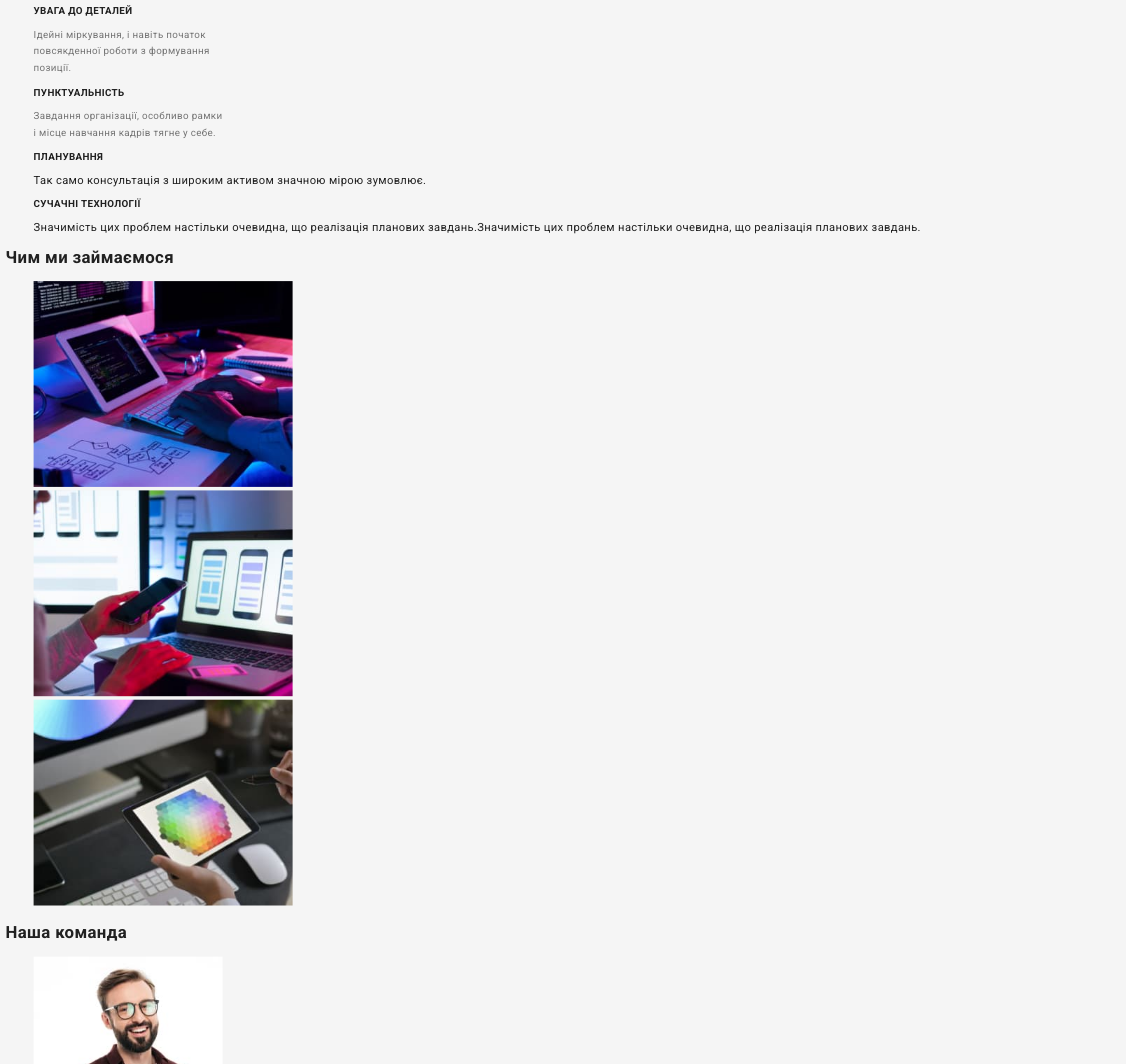
Repository: Mariia2811/goit-markup-hw-03
Page: index.html
An editor plug-in stored every save of this project. The page is shown before and after a run of saves, followed by the edit.
The browser window is 1280 px wide. The page is 1608 px wide, so the pictures cover 1608 px, including what lies to the right of the window. The pictures show the part of the page from y = 862 to 2382 px (the page is 3782 px tall before and 3906 px after), at 70% of full size.

Above is the page before, as saved 2022-11-25 15:58:47.

### index.html
<!DOCTYPE html>
<html lang="uk">
  <head>
    <meta charset="UTF-8" />
    <meta http-equiv="X-UA-Compatible" content="IE=edge" />
    <meta name="viewport" content="width=device-width, initial-scale=1.0" />
    <title>Головна</title>
    <link rel="preconnect" href="https://fonts.googleapis.com">
    <link rel="preconnect" href="https://fonts.gstatic.com" crossorigin>
    <link
      href="https://fonts.googleapis.com/css2?family=Raleway:wght@700&family=Roboto:wght@400;500;700;900&display=swap"
      rel="stylesheet">
    <link rel="stylesheet" href="./css/styles.css">
  </head>
  <body>
    <header>
      <nav>
        <a href="./index.html" class="logo link-logo"><span class="logo-accent">Web</span>Studio</a>
        <ul class="list">
          <li><a href="./index.html" class="link nav">Студія</a></li>
          <li><a href="./portfolio.html">Портфоліо</a></li>
          <li><a href="#" class="link nav">Контакти</a></li>
        </ul>
      </nav>
      <ul class="list">
        <li><a href="mailto:info@devstudio.com" class="link contact">info@devstudio.com</a></li>
        <li><a href="tel:+380961111111" class="link contact">+38 096 111 11 11</a></li>
      </ul>
    </header>
    <main>
      <section class="hero">
        <h1 class="hero-title">Ефективні рішення для вашого бізнесу</h1>
        <button type="button" class="hero-button">Замовити послугу</button>
      </section>
      <section class="advantages">
        <h2>Наші особливості</h2>
        <ul class="list">
          <li>
            <h3 class="advantages-title">Увага до деталей</h3>
            <p class="description">
              Ідейні міркування, і навіть початок повсякденної роботи з
              формування позиції.
            </p>
          </li>
          <li>
            <h3 class="advantages-title">Пунктуальність</h3>
            <p class="description">
              Завдання організації, особливо рамки і місце навчання кадрів тягне
              у себе.
            </p>
          </li>
          <li>
            <h3 class="advantages-title">Планування</h3>
            <p>
              Так само консультація з широким активом значною мірою зумовлює.
            </p>
          </li>
          <li>
            <h3 class="advantages-title">Сучачні технології</h3>
            <p>
              Значимість цих проблем настільки очевидна, що реалізація планових
              завдань.Значимість цих проблем настільки очевидна, що реалізація
              планових завдань.
            </p>
          </li>
        </ul>
      </section>
      <section class="work">
        <h2>Чим ми займаємося</h2>
        <ul class="list">
          <li>
            <img
              src="./images/coding.jpg"
              alt="Процес набирання коду"
              width="370"
              />
          </li>
          <li>
            <img
              src="./images/optimization.jpg"
              alt="Дівчина тримає телефон в руках і працює за ноутбуком"
              width="370"
              />
          </li>
          <li>
            <img
              src=".//images/tablet.jpg"
              alt="На екрані планшету, який тримають в руці, зображений спектр
              кольорів"
              width="370"
              />
          </li>
        </ul>
      </section>
      <section>
        <h2>Наша команда</h2>
        <ul class="list">
          <li>
            <img
              src="./images/designer.jpg"
              alt="Усміхнений хлопець в окулярах"
              width="270"
              />
            <h3>Ігор Дем'яненко</h3>
            <p>Product Designer</p>
          </li>
          <li>
            <img
              src="./images/developer.jpg"
              alt="Усміхнена дівчина в окулярах"
              width="270"
              />
            <h3>Ольга Рєпіна</h3>
            <p>Frontend Developer</p>
          </li>
          <li>
            <img
              src="./images/marketing.jpg"
              alt="Усміхнений хлопець"
              width="270"
              />
            <h3>Микола Тарасов</h3>
            <p>Marketing</p>
          </li>
          <li>
            <img
              src="./images/uidesigner.jpg"
              alt="Усміхнений хлопець з бородою в окулярах"
              width="270"
              />
            <h3>Михайло Єрмаков</h3>
            <p>UI Designer</p>
          </li>
        </ul>
      </section>
    </main>
    <footer>
      <a href="./index.html" class="logo-footer link-logo"><span
          class="logo-accent">Web</span>Studio</a>
      <address>
        <ul class="list">
          <li>
            <a
              href="https://www.google.com.ua/maps/place/%D0%B1%D1%83%D0%BB.+%D0%9B%D0%B5%D1%81%D0%B8+%D0%A3%D0%BA%D1%80%D0%B0%D0%B8%D0%BD%D0%BA%D0%B8,+26,+%D0%9A%D0%B8%D0%B5%D0%B2,+02000/@50.4265807,30.5361918,17z/data=!3m1!4b1!4m5!3m4!1s0x40d4cf0e033ecbe9:0x57a4dffefec77da0!8m2!3d50.4265807!4d30.5383858?hl=ru"
              target="_blank"
              rel="noopener noreferrer nofollow" class="link address">м. Київ, пр-т Лесі Українки, 26</a>
          </li>
          <li><a href="mailto:info@devstudio.com" class="link contact-footer">info@devstudio.com</a></li>
          <li><a href="tel:+380961111111" class="link contact-footer">+38 096 111 11 11</a></li>
        </ul>
      </address>
    </footer>
  </body>
</html>

### css/styles.css
:root {
    --color-primary: #212121;
    --color-secondary: #757575;
    --color-accent: #2196F3;
    --color-background: #F5F5F5;
    --white-accent: #FFFFFF;
    --secondary-background: #2F303A;
}

body {
    color: var(--color-primary);
    font-family: 'Roboto', sans-serif;
    font-size: 16px;
    font-weight: 600px;
    background-color: var(--color-background);
    line-height: 1.17;
    letter-spacing: 0.03em;
    width: 1600px;
}

.logo,
.logo-accent,
.logo-footer {
    font-family: 'Raleway', sans-serif;
    font-size: 26px;
    font-weight: 700;
    line-height: 1.19;
}

.logo {
    color: #000;
}

.logo-accent {
    color: var(--color-accent);
}

.logo-footer {
    color: var(--white-accent);
}

.link {
    text-decoration: none;
    font-style: normal;
}

.link-logo {
    text-decoration: none;
}

.nav,
.contact {
    font-size: 14px;
    font-weight: 500;
    line-height: 1.14;
    letter-spacing: 0.02em;
}

.nav {
    color: var(--color-primary);
}

.contact {
    color: var(--color-secondary);
}

.link:hover,
.link:focus {
    color: var(--color-accent);
}

.hero {
    background-color: var(--secondary-background);
    width: 1600px;
    height: 600px;
}

.hero-title {
    color: var(--white-accent);
    font-size: 44px;
    line-height: 1.36;
    width: 696px;
    height: 120px;
    text-align: center;
    font-weight: 900;
    text-transform: uppercase;
    letter-spacing: 0.06em;
}

.hero-button {
    background-color: var(--color-accent);
    font-size: inherit;
    font-family: inherit;
    font-weight: 700;
    line-height: 1.88;
    letter-spacing: 0.06em;
    width: 216px;
    height: 50px;
    color: var(--white-accent);
    box-shadow: 0px 4px 4px rgba(0, 0, 0, 0.15);
    border-radius: 4px;
    border: none;
    cursor: pointer;
}

.filter {
    background-color: #f5f4fa;
    color: var(--color-primary);
    font-size: inherit;
    font-family: inherit;
    font-weight: 500;
    line-height: 1.62;
    letter-spacing: inherit;
    border-radius: 4px;
    border: none;
    cursor: pointer;
}

.filter:hover,
.filter:focus {
    background-color: var(--color-accent);
    color: var(--white-accent);
    box-shadow: 0px 3px 1px rgba(0, 0, 0, 0.1), 0px 1px 2px rgba(0, 0, 0, 0.08),
        0px 2px 2px rgba(0, 0, 0, 0.12);
}

.hero-button:hover,
.hero-button:focus {
    background-color: #188ce8;
}

.advantages,
.work {
    background-color: var(--color-background);
}

.advantages-title {
    font-size: 14px;
    font-weight: 700;
    text-transform: uppercase;
}

.list {
    list-style-type: none;
}

.description {
    color: var(--color-secondary);
    font-size: 14px;
    font-weight: 400;
    line-height: 1.71;
    width: 270px;
}

.title {
    font-size: 36px;
    font-weight: 700;
    text-align: center;
}

.team {
    background-color: #f5f4fa;
}

.team-title {
    font-weight: 500;
    font-size: 16px;
}

.text {
    color: var(--color-secondary);
    font-weight: 400;
}

.work-title~.text {
    line-height: 1.88;
}

.work-title {
    font-size: 18px;
    font-weight: 700;
    line-height: 2;
    letter-spacing: 0.06em;
}

.footer {
    background-color: var(--secondary-background);
    height: 252px;
}

.address,
.contact-footer {
    font-size: 14px;
    font-weight: 400;
}

.address {
    color: var(--white-accent);
}

.contact-footer {
    color: rgba(255, 255, 255, 0.6);
}

.footer .link {
    line-height: 1.71;
}

After the next 2 saves:
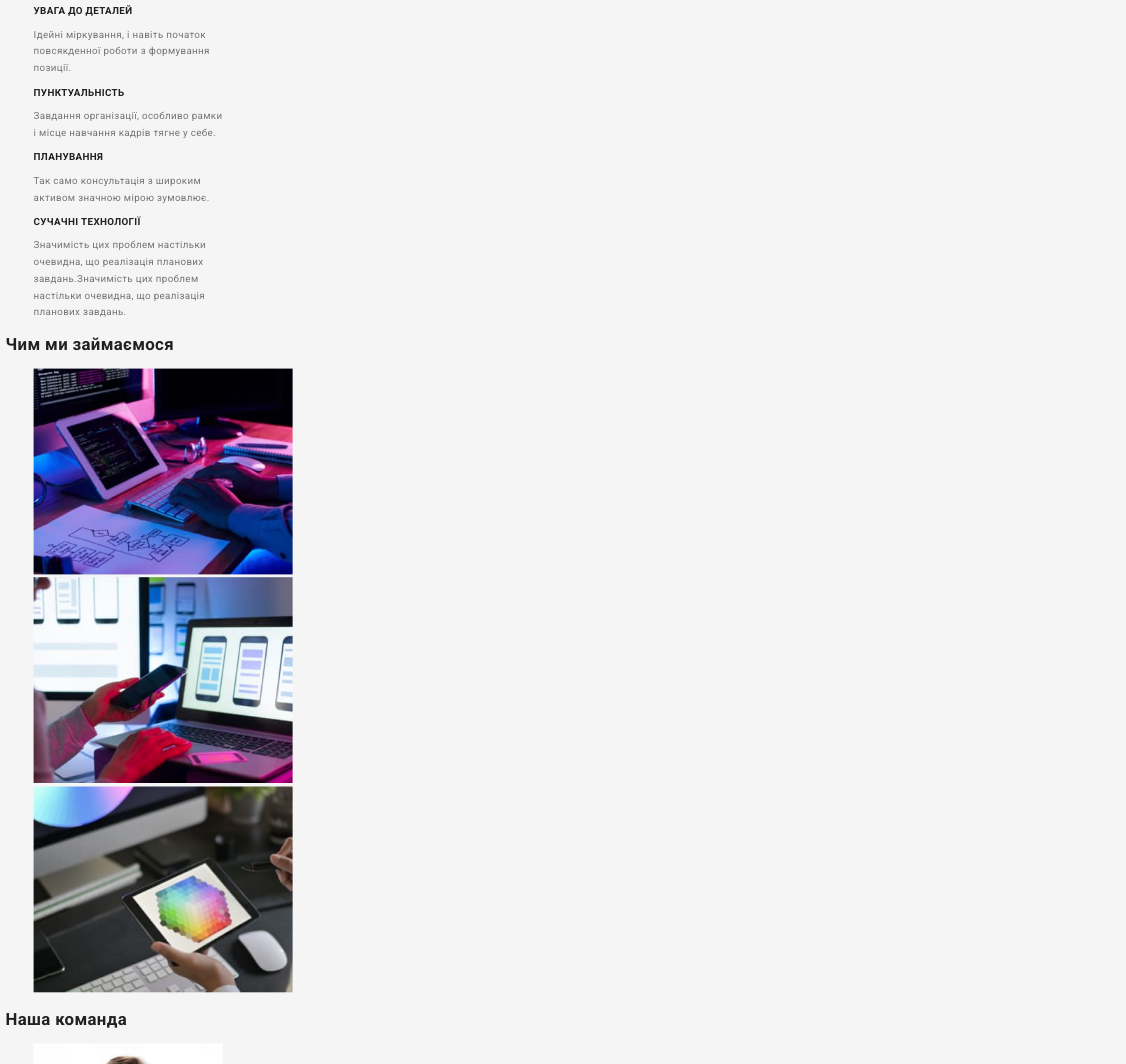
The 2 saves are shown as one change because they came seconds apart.
The last was saved 6 s later.
--- a/index.html
+++ b/index.html
@@ -51,13 +51,13 @@
           </li>
           <li>
             <h3 class="advantages-title">Планування</h3>
-            <p>
+            <p class="description">
               Так само консультація з широким активом значною мірою зумовлює.
             </p>
           </li>
           <li>
             <h3 class="advantages-title">Сучачні технології</h3>
-            <p>
+            <p class="description">
               Значимість цих проблем настільки очевидна, що реалізація планових
               завдань.Значимість цих проблем настільки очевидна, що реалізація
               планових завдань.
